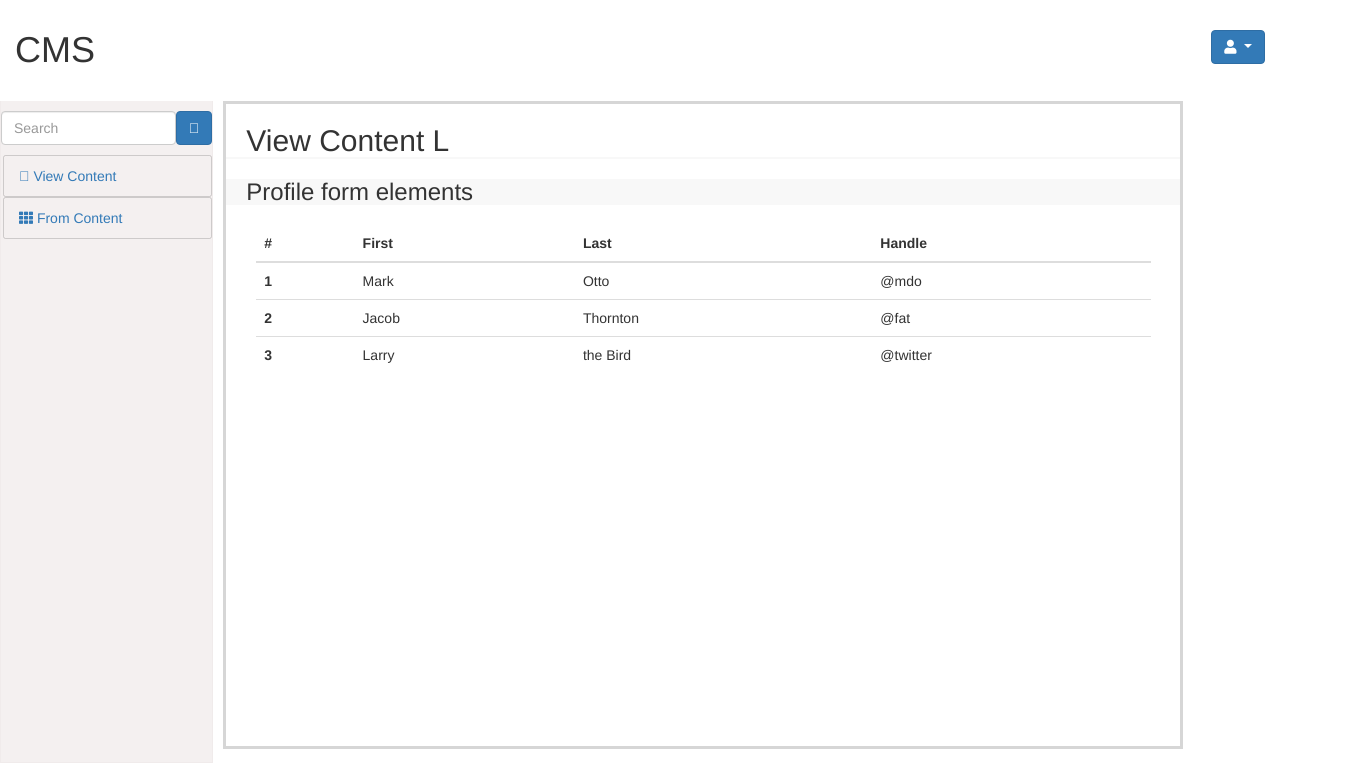
Repository: NgocNB20/travel
Page: NgocNb20_assigment8_9/view.html
The author's editor kept a copy of each file at every save. The page is drawn from the files as they stood at one save, then again after the next save.
The browser window is 1280 px wide. The page is 1366 px wide, so the pictures cover 1366 px, including what lies to the right of the window. The pictures show the whole page.
Some web libraries are served in a nearby version.

Above is the page before, as saved 2021-10-06 01:12:22.

### NgocNb20_assigment8_9/view.html
<!DOCTYPE html>
<html>

<head>
    <meta name="viewport" content="width=device-width, initial-scale=1.0">
    <link rel="stylesheet" href="https://maxcdn.bootstrapcdn.com/bootstrap/4.0.0/css/bootstrap.min.css"
        integrity="sha384-Gn5384xqQ1aoWXA+058RXPxPg6fy4IWvTNh0E263XmFcJlSAwiGgFAW/dAiS6JXm" crossorigin="anonymous">
    <link rel="canonical" href="https://getbootstrap.com/docs/5.1/examples/sidebars/">
    <link rel="stylesheet" href="https://maxcdn.bootstrapcdn.com/bootstrap/3.4.1/css/bootstrap.min.css">
    <link rel="stylesheet" href="https://pro.fontawesome.com/releases/v5.10.0/css/all.css"
        integrity="sha384-AYmEC3Yw5cVb3ZcuHtOA93w35dYTsvhLPVnYs9eStHfGJvOvKxVfELGroGkvsg+p" crossorigin="anonymous" />
    <link rel="stylesheet" href="./add.css">
    <script src="https://ajax.googleapis.com/ajax/libs/jquery/3.4.1/jquery.min.js"></script>
    <script src="https://maxcdn.bootstrapcdn.com/bootstrap/3.4.1/js/bootstrap.min.js"></script>
</head>

<body>
    <div class="content">
        <div class="container-fluid">
            <div class="row menu-header">
                <div class="col-6">
                    <h1 class="page-header ">CMS</h1>
                </div>
                <div class="col-6">
                    <div class="btn-group">
                        <button class="btn btn-primary dropdown-toggle" type="button" id="dropdownMenuButton"
                            data-toggle="dropdown">
                            <i class="fas fa-user"></i>
                        </button>
                        <div class="dropdown-menu">
                            <a class="dropdown-item" href="#"><i class="fas fa-sign-out-alt"></i>Logout</a>
                            <a class="dropdown-item" href="#"><i class="fas fa-user"></i>User profile</a>
                        </div>
                    </div>
                </div>
            </div>

        </div>
        <div class="container-fluid">

            <div class="row">
                <div class="col-3"></div>
            </div>
            <div class="row">

                <div class="col-2 sidebar-left mb-auto flex-column">
                    <div class="search">
                        <input type="email" class="form-control search-query" placeholder="Search">
                        <button type="submit" class="btn btn-primary btn-search"><i class="fad fa-search"></i></button>

                    </div>
                    <ul class="nav nav-pills flex-column mb-auto">
                        <li class="nav-item">
                        </li>
                        <li>
                            <a href="#" class="nav-link link-dark">
                                <i class="fal fa-pen-square"></i> View Content
                            </a>
                        </li>
                        <li>
                            <a href="#" class="nav-link link-dark">
                                <i class="fas fa-th"></i> From Content
                            </a>
                        </li>

                    </ul>

                </div>
                <div class="col-9 sidebar-right">
                    <h2 class="title-add">View Content L</h2>
                    <h3 class="title-form">Profile form elements</h3>
                    <div class="container ">
                        <div class="row form">
                            <div class="col-10">
                                <table class="table">
                                    <thead>
                                      <tr>
                                        <th scope="col">#</th>
                                        <th scope="col">First</th>
                                        <th scope="col">Last</th>
                                        <th scope="col">Handle</th>
                                      </tr>
                                    </thead>
                                    <tbody>
                                      <tr>
                                        <th scope="row">1</th>
                                        <td>Mark</td>
                                        <td>Otto</td>
                                        <td>@mdo</td>
                                      </tr>
                                      <tr>
                                        <th scope="row">2</th>
                                        <td>Jacob</td>
                                        <td>Thornton</td>
                                        <td>@fat</td>
                                      </tr>
                                      <tr>
                                        <th scope="row">3</th>
                                        <td>Larry</td>
                                        <td>the Bird</td>
                                        <td>@twitter</td>
                                      </tr>
                                    </tbody>
                                  </table>
                            </div>

                        </div>

                    </div>
                </div>
            </div>
        </div>
    </div>


</body>

</html>

### NgocNb20_assigment8_9/add.css
.content{
    width: 100%;
    height: 100vh;

}
.page-header h1{
    color:#a69c98;
    text-align: left;
}
.header {

    background-color:#f0eaeab4;
     height: 8vh;
     align-items: center;
    border: 1px solid #f0eaeab4;

}
.sidebar-left{
    background-color:#f0eaeab4;
    border: 1px solid #f0eaeab4;
    height:92vh;
    border-top: 0px;

}
.d-flex.flex-column.flex-shrink-0.p-3.bg-light {
    width: 100%;
}
.col-2.sidebar-left {
    padding: 0;
}
.d-flex.flex-column.flex-shrink-0.bg-light {
    height: 100%;
}


.form {

    margin: 0;

    padding: 0;

}
.title-add{
    padding-left: 2rem;
    margin-top: 2rem;
    margin-bottom: 1rem;
    border-bottom: 2px solid #f8f8f8;

}
h3.title-form {
     padding-left: 2rem;
     background-color:#f8f8f8;
    margin-bottom: 0;
}

.col-9.sidebar-right {
    margin-left: 1rem;
    padding: 0;
    border: 3px solid #3333;
    height: 90vh;
}
.btn-search{
 cursor: pointer;
 margin: 0;
}
.search {

    display: flex;
    justify-content: flex-start;
    margin-top: 1rem;

}
.search-query{
    width: 70%;
}
h3.title-form {
    margin-bottom: 2rem;
}

.form-desc{
    font-weight: bold;
}
.page-header {
    padding-bottom: 0;
    margin:0;
    border-bottom:0 solid #eee;
}
.row.menu-header {
    justify-content: space-between;
    margin-top: 3rem;
    margin-bottom: 3rem;
}
.row.menu-header {
    text-align: right;
}
h1.page-header {
    text-align: left;
}

.dropdown-menu {
    position: absolute;
    top: 100%;
    left: -62px;
    z-index: 1000;
    display: none;
    float: left;
    min-width: 120px;
    padding: 5px 0;
    margin: 2px 0 0;
    font-size: 14px;
    text-align: left;
    list-style: none;
    background-color: #fff;
    background-clip: padding-box;
    border: 1px solid #ccc;
    border: 1px solid rgba(0,0,0,.15);
    border-radius: 4px;
    -webkit-box-shadow: 0 6px 12px rgb(0 0 0 / 18%);
    box-shadow: 0 6px 12px rgb(0 0 0 / 18%);
}
a.nav-link.link-dark {
    border: 1px solid #3333;
}
ul.nav.nav-pills.flex-column.mb-auto {
    margin-top: 1rem;
}
input.form-control.search-query {
    flex: 1 0 60%;
}

After the next save:
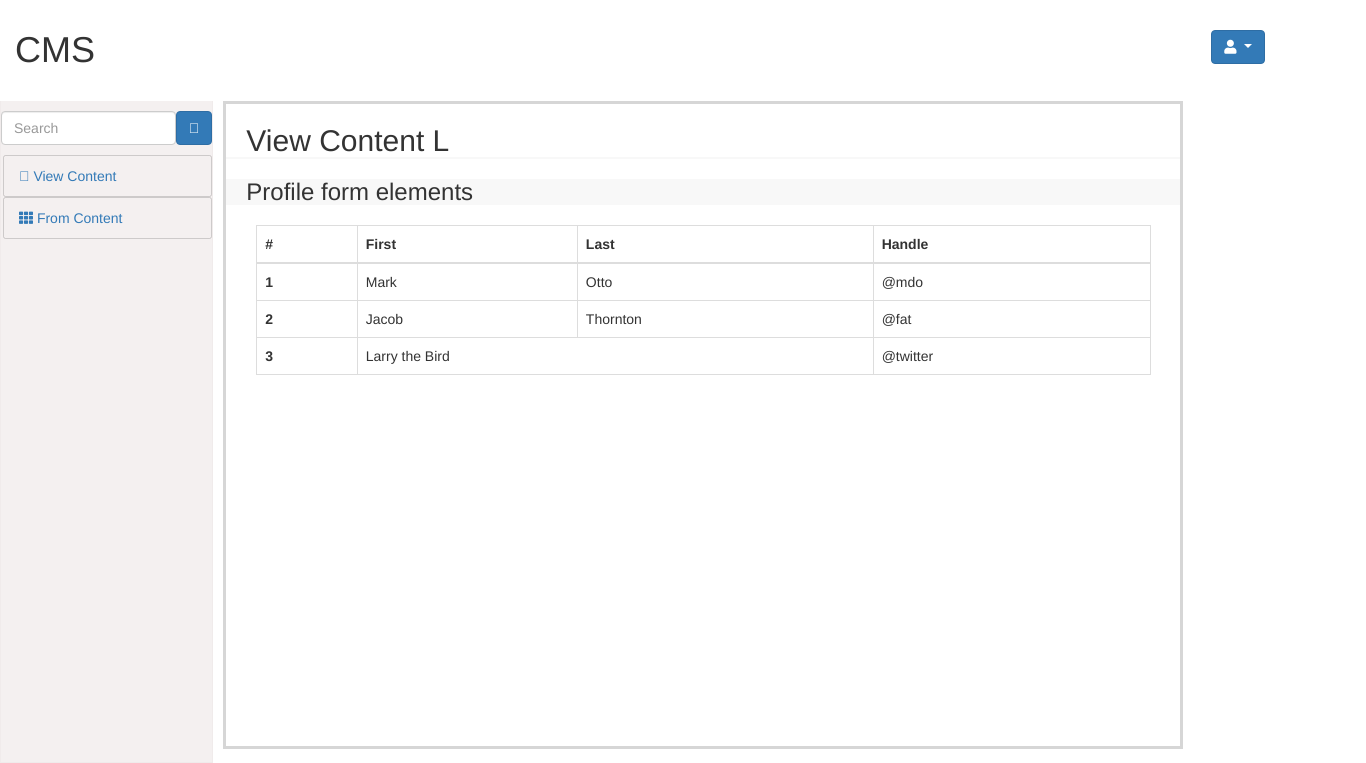
Saved 67 s later.
--- a/NgocNb20_assigment8_9/view.html
+++ b/NgocNb20_assigment8_9/view.html
@@ -72,7 +72,7 @@
                     <div class="container ">
                         <div class="row form">
                             <div class="col-10">
-                                <table class="table">
+                                <table class="table table-bordered">
                                     <thead>
                                       <tr>
                                         <th scope="col">#</th>
@@ -96,8 +96,7 @@
                                       </tr>
                                       <tr>
                                         <th scope="row">3</th>
-                                        <td>Larry</td>
-                                        <td>the Bird</td>
+                                        <td colspan="2">Larry the Bird</td>
                                         <td>@twitter</td>
                                       </tr>
                                     </tbody>
